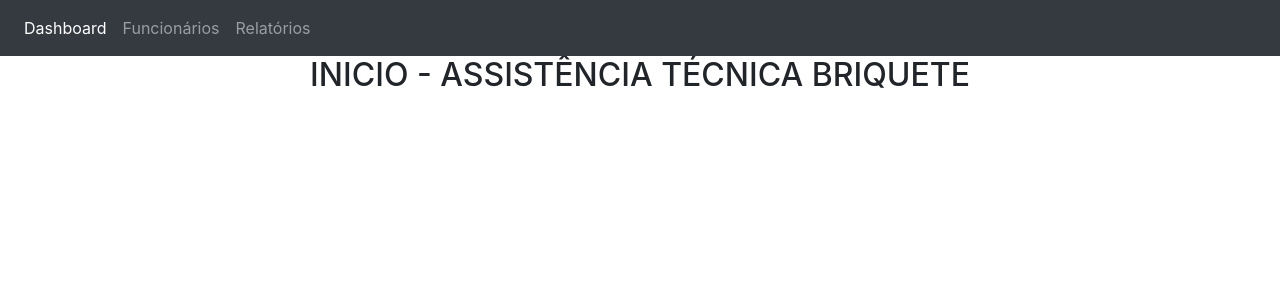
Repository: gabrielfeliphe/AssistenciaTecnica
Page: PI-AssistenciaTecnica/WebContent/pages/adm/index.html
The author's editor kept a copy of each file at every save. The page is drawn from the files as they stood at one save, then again after the next save.
The browser window is 1280 px wide. The pictures show the whole page.
Some web libraries are served in a nearby version.

Above is the page before, as saved 2021-10-12 06:13:12.

### PI-AssistenciaTecnica/WebContent/pages/adm/index.html
<!DOCTYPE html>
<html lang="pt-br">
<head>
<meta charset="UTF-8">
<meta name="description" content="Administração Briquete">
<meta name="viewport" content="width=device-width, initial-scale=1.0">
<title>Briquete - Administração</title>
<script
  src="https://code.jquery.com/jquery-3.6.0.min.js"
  integrity="sha256-/xUj+3OJU5yExlq6GSYGSHk7tPXikynS7ogEvDej/m4="
  crossorigin="anonymous"></script>

<link rel="stylesheet"
	href="https://stackpath.bootstrapcdn.com/bootstrap/4.1.3/css/bootstrap.min.css"
	integrity="sha384-MCw98/SFnGE8fJT3GXwEOngsV7Zt27NXFoaoApmYm81iuXoPkFOJwJ8ERdknLPMO"
	crossorigin="anonymous">
<script
	src="https://stackpath.bootstrapcdn.com/bootstrap/4.1.3/js/bootstrap.min.js"
	integrity="sha384-ChfqqxuZUCnJSK3+MXmPNIyE6ZbWh2IMqE241rYiqJxyMiZ6OW/JmZQ5stwEULTy"
	crossorigin="anonymous"></script>

<link rel="stylesheet"
	href="https://cdn.jsdelivr.net/npm/bootstrap-icons@1.3.0/font/bootstrap-icons.css" />

<link rel="stylesheet" type="text/css" href="../../css/admin.css">

<script src="../../js/general.js"></script>
<script src="../../js/jquery-ui.js"></script>
<link rel="stylesheet" type="text/css" href="../../css/jquery-ui.css">


</head>
<body>
	<header> </header>
	<section>
		<h2 align="center">INICIO - ASSISTÊNCIA TÉCNICA BRIQUETE</h2>
	</section>
	<div id="modalAviso"></div>
</body>

</html>

### PI-AssistenciaTecnica/WebContent/css/admin.css
@charset "UTF-8";

.form-container{
    margin-top: 5%;
    margin-bottom: 5%;
    width: 65%;
}
.form-form-1{
    padding: 5%;
    box-shadow: 0 5px 8px 0 rgba(0, 0, 0, 0.2), 0 9px 26px 0 rgba(0, 0, 0, 0.19);
     margin: 0 auto;
 	 width: 100%;
}
.form-form-1 h3{
    text-align: center;
    color: #333;
}
.form-container form{
    padding: 10%;
}

### PI-AssistenciaTecnica/WebContent/js/general.js
BRIQUETE = new Object();

$(document).ready(function(){


	console.log("script GENERAL")

	BRIQUETE.PATH = "/PI-AssistenciaTecnica/rest/";

	$("header").load("geral/cabecalho.html")


	BRIQUETE.carregaPagina= function(pagename){
		//Remove o contúdo criado na abertura de uma janela pelo modal JQueryUI
		//if($(".ui-dialog"))
		//	$(".ui-dialog").remove();
		//limpa a tag section, excluindo todo o conteúdo de dentro dela

		$("section").empty();
		//carrega a página solicitada dentro da tag section
		$("section").load(pagename+"/",function(response,status,info){
			if(status=="error"){
				var msg = "Houve um erro ao encontrar a página: "+ info.status + " - " + info.statusText;
				$("section").html(msg);
				}
			});
	}


BRIQUETE.exibirAviso = function(aviso){
		var modal = {
			title: "Mensagem",
			height: 250,
			width: 400,
			modal: true,
			buttons: {
				"OK": function(){
					$(this).dialog("close");
				}
			}
		};
		$("#modalAviso").html(aviso);
		$("#modalAviso").dialog(modal);
};

});

### PI-AssistenciaTecnica/WebContent/pages/adm/geral/cabecalho.html
<!DOCTYPE html>
<html>
<head>
<meta charset="UTF-8">
<title>Dashboard Administrador</title>

</head>
<body>

	<nav class="navbar navbar-expand-lg navbar-dark bg-dark  ">
		<button class="navbar-toggler" type="button" data-toggle="collapse"
			data-target="#navbarNav" aria-controls="navbarNav"
			aria-expanded="false" aria-label="Toggle navigation">
			<span class="navbar-toggler-icon"></span>
		</button>
		<div class="collapse navbar-collapse" id="navbarNav">
			<ul class="navbar-nav ">
				<li class="nav-item active"><a class="nav-link" href="#">Dashboard<span
						class="sr-only"></span></a></li>
				<li class="nav-item"><a class="nav-link" href="#"
					onclick="BRIQUETE.carregaPagina('funcao/cadastro_funcionario')">Funcionários</a>
				</li>
				<li class="nav-item"><a class="nav-link"
					href="../funcao/relatorio_adm.html">Relatórios</a></li>
			</ul>
		</div>
	</nav>

</body>
</html>

Loaded but not shown: PI-AssistenciaTecnica/WebContent/js/jquery-ui.js (library); PI-AssistenciaTecnica/WebContent/css/jquery-ui.css (library)

After the next save:
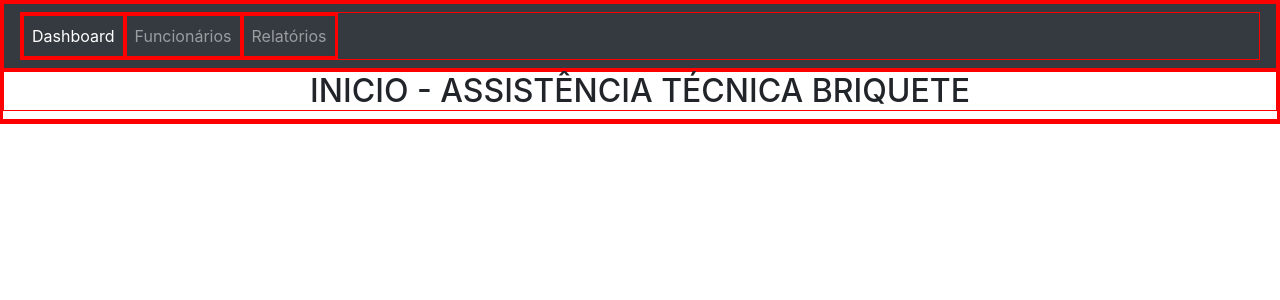
Saved 3 min 44 s later.
--- a/PI-AssistenciaTecnica/WebContent/css/admin.css
+++ b/PI-AssistenciaTecnica/WebContent/css/admin.css
@@ -1,4 +1,8 @@
 @charset "UTF-8";
+
+*{
+	border: 1px solid red;
+}
 
 .form-container{
     margin-top: 5%;
